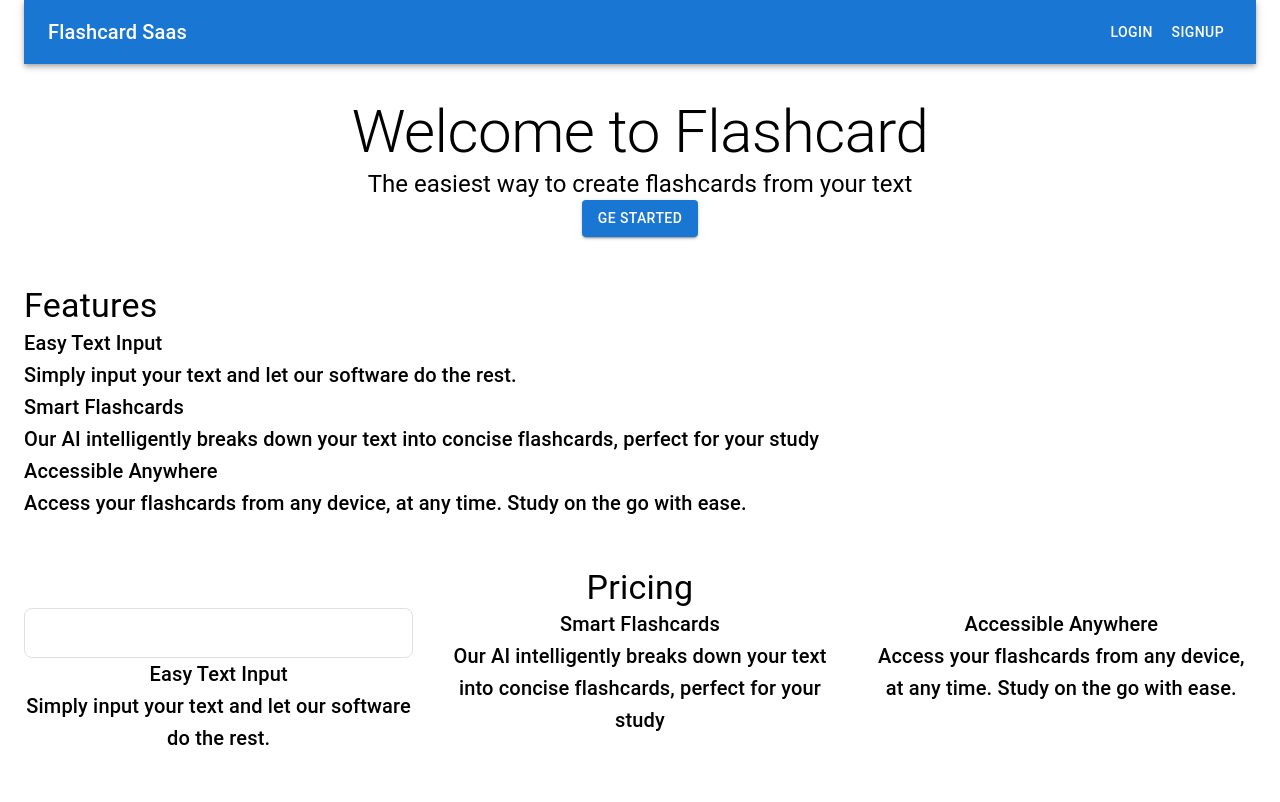
Repository: rakeshpuppala2590/AI-Flashcards-Stripe
Page: /
An editor plug-in stored every save of this project. The page is shown before and after the next save, followed by the edit.
The browser window is 1280 px wide. The pictures show the whole page.
The page's requests for data from a server got no answer. The project was rebuilt for these pictures with package versions that can differ from the ones it lists, and the page was loaded fresh each time. Some packages were replaced by stand-ins written for this rebuild. The framework's server and built-in components were replaced by stand-ins that run in the browser. No one was signed in, and anything a server would have sent is missing. Also part of the build but not shown: next.config.mjs.

Above is the page before, as saved 2024-08-12 15:03:45.

### src/app/page.js
import getStripe from "../../utils/get-stripe";
import { SignedIn, SignedOut, UserButton } from "@clerk/nextjs";
import Head from "next/head";
import {
  Grid,
  AppBar,
  Button,
  Container,
  Toolbar,
  Typography,
  Box,
} from "@mui/material";

export default function Home() {
  return (
    <Container maxWidth="100vW">
      <Head>
        <title>Flashcard Saas</title>
        <meta
          name="description"
          content="create flashcard from your text"
        ></meta>
      </Head>

      <AppBar position="static">
        <Toolbar>
          <Typography variant="h6" style={{ flexGrow: 1 }}>
            Flashcard Saas
          </Typography>
          <SignedOut>
            <Button color="inherit">Login</Button>
            <Button color="inherit">SignUp</Button>
          </SignedOut>
          <SignedIn>
            <Button>Logout</Button>
          </SignedIn>
        </Toolbar>
      </AppBar>

      <Box
        sx={{
          textAlign: "center",
          my: 4,
        }}
      >
        <Typography variant="h2">Welcome to Flashcard</Typography>
        <Typography variant="h5">
          {" "}
          The easiest way to create flashcards from your text
        </Typography>
        <Button variant="contained" color="primary">
          Ge Started
        </Button>
      </Box>
      <Box sx={{ my: 6 }}>
        <Typography variant="h4">Features</Typography>
        <Grid>
          <Grid item xs={12} md={4}>
            {" "}
            <Typography variant="h6">Easy Text Input</Typography>
            <Typography variant="h6"> </Typography>
            <Typography variant="h6">
              Simply input your text and let our software do the rest.
            </Typography>
          </Grid>
          <Grid item xs={12} md={4}>
            {" "}
            <Typography variant="h6">Smart Flashcards</Typography>
            <Typography variant="h6"> </Typography>
            <Typography variant="h6">
              Our AI intelligently breaks down your text into concise
              flashcards, perfect for your study
            </Typography>
          </Grid>
          <Grid item xs={12} md={4}>
            {" "}
            <Typography variant="h6">Accessible Anywhere</Typography>
            <Typography variant="h6"> </Typography>
            <Typography variant="h6">
              Access your flashcards from any device, at any time. Study on the
              go with ease.
            </Typography>
          </Grid>
        </Grid>
      </Box>
      <Box sx={{ my: 6, textAlign: "center" }}>
        <Typography variant="h4">Pricing</Typography>
        <Grid container spacing={4}>
          <Grid item xs={12} md={4}>
            <Box
              sx={{
                p: 3,
                border: "1px solid",
                borderColor: "grey.300",
                borderRadius: 2,
              }}
            ></Box>
            <Typography variant="h6">Easy Text Input</Typography>
            <Typography variant="h6"> </Typography>
            <Typography variant="h6">
              {" "}
              Simply input your text and let our software do the rest.
            </Typography>
          </Grid>
          <Grid item xs={12} md={4}>
            {" "}
            <Typography variant="h6">Smart Flashcards</Typography>
            <Typography variant="h6"> </Typography>
            <Typography variant="h6">
              Our AI intelligently breaks down your text into concise
              flashcards, perfect for your study
            </Typography>
          </Grid>
          <Grid item xs={12} md={4}>
            {" "}
            <Typography variant="h6">Accessible Anywhere</Typography>
            <Typography variant="h6"> </Typography>
            <Typography variant="h6">
              Access your flashcards from any device, at any time. Study on the
              go with ease.
            </Typography>
          </Grid>
        </Grid>
      </Box>
    </Container>
  );
}

### utils/get-stripe.js
import { loadStripe } from "@stripe/stripe-js";
let stripePromise;
const getStripe = () => {
  if (!stripePromise) {
    stripePromise = loadStripe(process.env.NEXTJS_PUBLIC_STRIPE_PULIC_KEY);
  }
  return stripePromise;
};
export default getStripe;

Loaded but not shown: src/app/layout.js (common file); src/app/globals.css (common file); tailwind.config.js (common file)

After the next save:
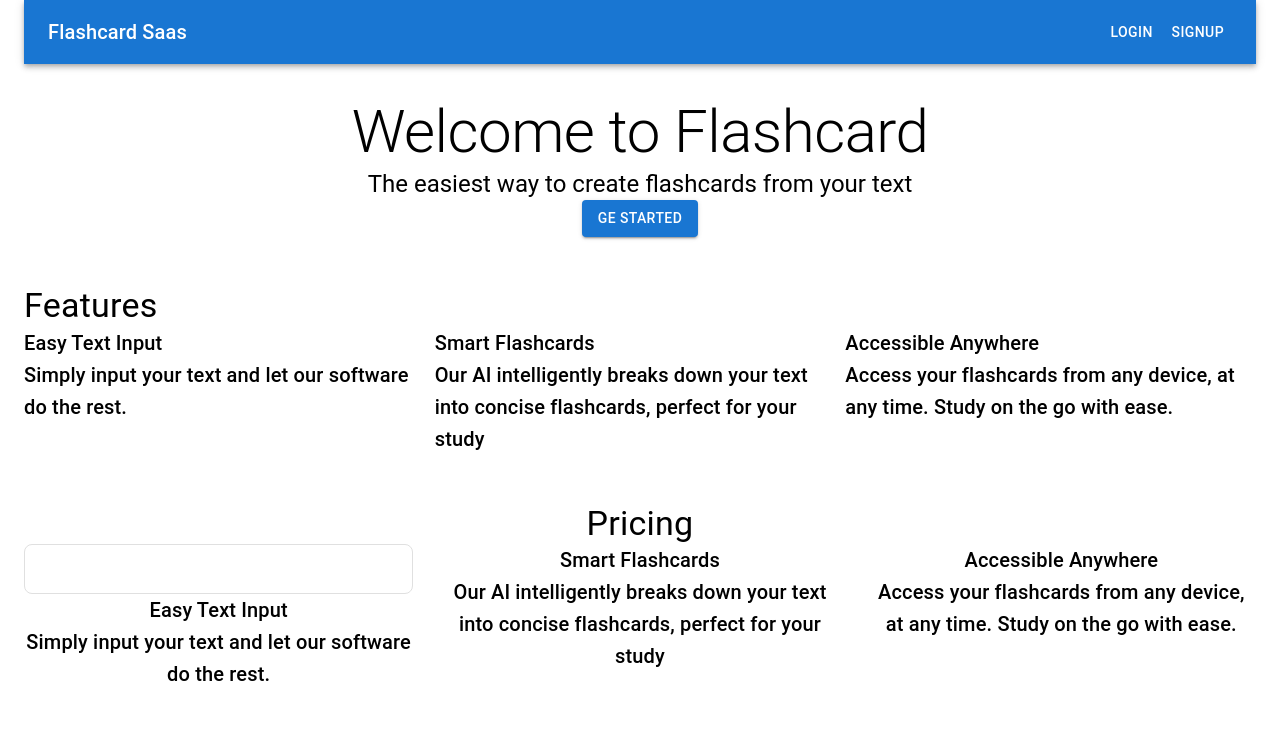
Saved 17 s later.
--- a/src/app/page.js
+++ b/src/app/page.js
@@ -54,7 +54,7 @@ export default function Home() {
       </Box>
       <Box sx={{ my: 6 }}>
         <Typography variant="h4">Features</Typography>
-        <Grid>
+        <Grid container>
           <Grid item xs={12} md={4}>
             {" "}
             <Typography variant="h6">Easy Text Input</Typography>
